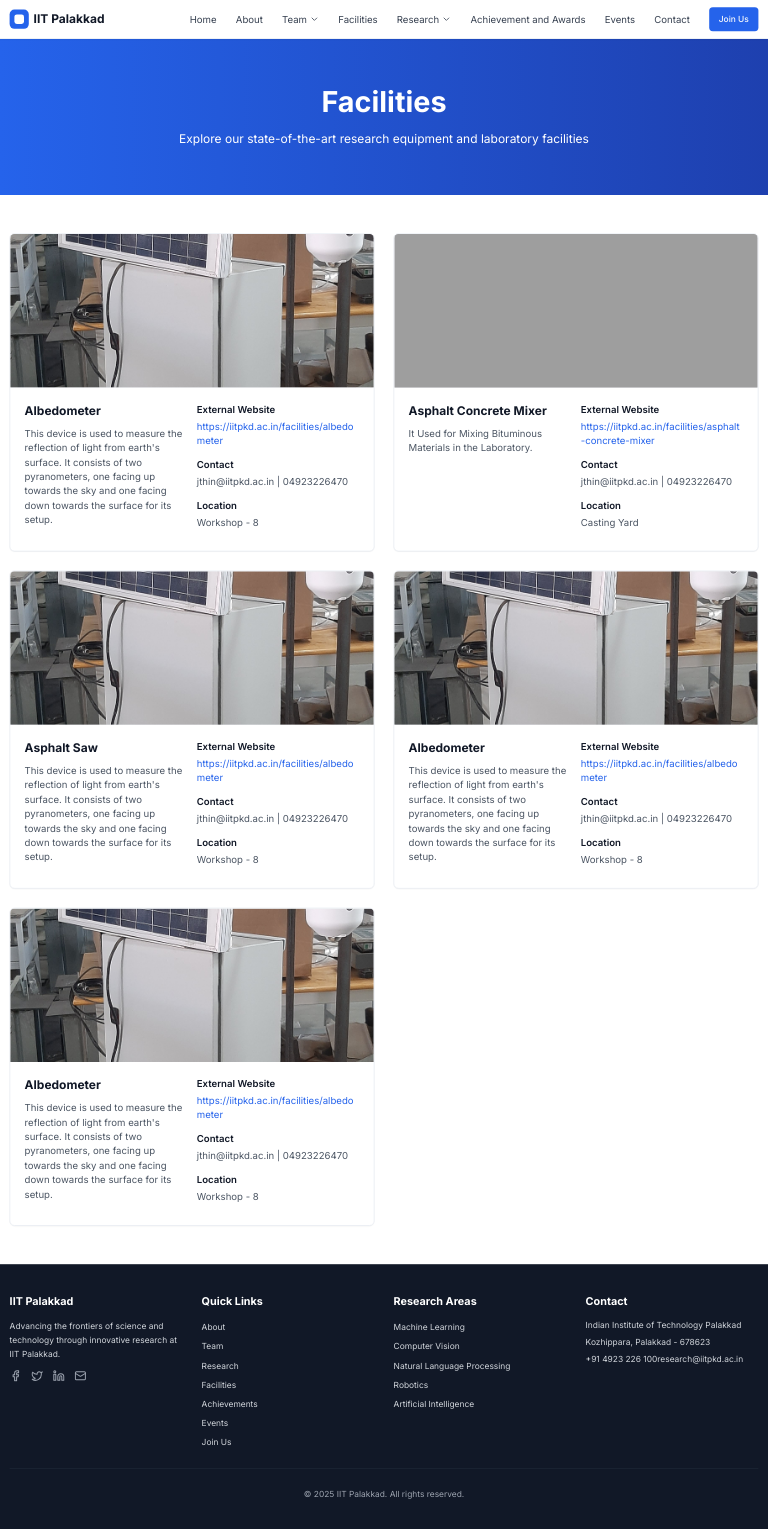
Repository: Gopikrish-30/ARISE
Page: /facilities
These files come from the project's save history. The page is drawn as it stood at one moment and after the next save; the edit follows.
The browser window is 1280 px wide. The pictures show the whole page, at 60% of full size.
Pictures or frames that could not be fetched are drawn as grey boxes. The project was rebuilt for these pictures with package versions that can differ from the ones it lists, and the page was loaded fresh each time. The framework's server and built-in components were replaced by stand-ins that run in the browser. Also part of the build but not shown: next.config.mjs.

Above is the page before, as saved 2025-06-27 22:44:51.

### app/layout.tsx
import type React from "react"
import type { Metadata } from "next"
import { Inter } from "next/font/google"
import "./globals.css"
import { Navbar } from "@/components/navbar"
import { Footer } from "@/components/footer"

const inter = Inter({ subsets: ["latin"] })

export const metadata: Metadata = {
  title: "IIT Palakkad - Department Showcase",
  description: "Advancing the frontiers of science and technology through innovative research at IIT Palakkad",
}

export default function RootLayout({
  children,
}: {
  children: React.ReactNode
}) {
  return (
    <html lang="en">
      <body className={inter.className}>
        <Navbar />
        <main className="min-h-screen">{children}</main>
        <Footer />
      </body>
    </html>
  )
}

### app/facilities/page.tsx
"use client"

import { Button } from "@/components/ui/button"
import { Card, CardContent } from "@/components/ui/card"
import { Badge } from "@/components/ui/badge"
import { Eye } from "lucide-react"
import { useState } from "react"

export default function FacilitiesPage() {
  const facilities = [
    {
      title: "Albedometer",
      description: "This device is used to measure the reflection of light from earth's surface. It consists of two pyranometers, one facing up towards the sky and one facing down towards the surface for its setup.",
      image: "/facilities/Albedometer_0.jpg?height=250&width=400&text=HPC+Cluster",
      externalLink: "https://iitpkd.ac.in/facilities/albedometer",
      contact: "jthin@iitpkd.ac.in | 04923226470",
      location: "Workshop - 8",
    },

    {
      title: "Asphalt Concrete Mixer",
      description: "It Used for Mixing Bituminous Materials in the Laboratory.",
      image: "/facilities/Asphalt-concrete-mixer.jpg.jpg?height=250&width=400&text=HPC+Cluster",
      externalLink: "https://iitpkd.ac.in/facilities/asphalt-concrete-mixer",
      contact: "jthin@iitpkd.ac.in | 04923226470",
      location: "Casting Yard",
    },

    {
      title: "Asphalt Saw",
      description: "This device is used to measure the reflection of light from earth's surface. It consists of two pyranometers, one facing up towards the sky and one facing down towards the surface for its setup.",
      image: "/facilities/Albedometer_0.jpg?height=250&width=400&text=HPC+Cluster",
      externalLink: "https://iitpkd.ac.in/facilities/albedometer",
      contact: "jthin@iitpkd.ac.in | 04923226470",
      location: "Workshop - 8",
    },

    {
      title: "Albedometer",
      description: "This device is used to measure the reflection of light from earth's surface. It consists of two pyranometers, one facing up towards the sky and one facing down towards the surface for its setup.",
      image: "/facilities/Albedometer_0.jpg?height=250&width=400&text=HPC+Cluster",
      externalLink: "https://iitpkd.ac.in/facilities/albedometer",
      contact: "jthin@iitpkd.ac.in | 04923226470",
      location: "Workshop - 8",
    },

    {
      title: "Albedometer",
      description: "This device is used to measure the reflection of light from earth's surface. It consists of two pyranometers, one facing up towards the sky and one facing down towards the surface for its setup.",
      image: "/facilities/Albedometer_0.jpg?height=250&width=400&text=HPC+Cluster",
      externalLink: "https://iitpkd.ac.in/facilities/albedometer",
      contact: "jthin@iitpkd.ac.in | 04923226470",
      location: "Workshop - 8",
    },

  ]

  // Removed categories and filtering as per user request


  const handleViewDetails = (facility: any) => {
    // Navigate to detailed facility page or open modal
    window.location.href = `/facilities/${facility.title.toLowerCase().replace(/\s+/g, "-")}`
  }

  const handleBookFacility = (facility: any) => {
    // Open booking form or navigate to booking page
    const subject = encodeURIComponent(`Facility Booking Request - ${facility.title}`)
    const body = encodeURIComponent(
      `I would like to book the ${facility.title} facility.\n\nDetails:\n- Purpose: \n- Date: \n- Duration: \n\nBest regards,`,
    )
    window.location.href = `mailto:facilities@iitpkd.ac.in?subject=${subject}&body=${body}`
  }

  const filteredFacilities = facilities

  return (
    <div className="bg-white min-h-screen">
      {/* Hero Section */}
      <section className="bg-gradient-to-r from-blue-600 to-blue-800 text-white py-20">
        <div className="container mx-auto px-4 text-center">
          <h1 className="text-4xl md:text-5xl font-bold mb-6">Facilities</h1>
          <p className="text-xl max-w-3xl mx-auto">
            Explore our state-of-the-art research equipment and laboratory facilities
          </p>
        </div>
      </section>

      {/* Facilities Content */}
      <section className="py-16">
        <div className="container mx-auto px-4">


          {/* Facilities Grid */}
          <div className="grid md:grid-cols-2 gap-8">
            {filteredFacilities.map((facility, index) => (
              <Card key={index} className="overflow-hidden group hover:shadow-lg transition-shadow">
                <div className="h-64 bg-gray-200 relative overflow-hidden">
                  <a href={facility.image || "/placeholder.svg"} target="_blank" rel="noopener noreferrer">
                    <img
                      src={facility.image || "/placeholder.svg"}
                      alt={facility.title}
                      className="w-full h-full object-cover group-hover:scale-110 transition-transform duration-300"
                    />
                  </a>
                </div>

                  <CardContent className="p-6 grid grid-cols-1 md:grid-cols-2 gap-4">
                    <div>
                      <h3 className="text-xl font-bold text-gray-900 mb-3">{facility.title}</h3>
                      <p className="text-gray-600 mb-4">{facility.description}</p>



                    </div>

                    <div className="space-y-4">
                      <div>
                        <h4 className="font-semibold text-gray-900 mb-1">External Website</h4>
                        <a
                          href={facility.externalLink}
                          target="_blank"
                          rel="noopener noreferrer"
                          className="text-blue-600 hover:underline break-all"
                        >
                          {facility.externalLink}
                        </a>
                      </div>

                      <div>
                        <h4 className="font-semibold text-gray-900 mb-1">Contact</h4>
                        <p className="text-gray-600 break-all">{facility.contact}</p>
                      </div>

                      <div>
                        <h4 className="font-semibold text-gray-900 mb-1">Location</h4>
                        <p className="text-gray-600">{facility.location}</p>
                      </div>
                  </div>
                </CardContent>
              </Card>
            ))}
          </div>
        </div>
      </section>
    </div>
  )
}

### app/globals.css
@tailwind base;
@tailwind components;
@tailwind utilities;

@layer base {
  :root {
    --background: 0 0% 100%;
    --foreground: 222.2 84% 4.9%;
    --card: 0 0% 100%;
    --card-foreground: 222.2 84% 4.9%;
    --popover: 0 0% 100%;
    --popover-foreground: 222.2 84% 4.9%;
    --primary: 221.2 83.2% 53.3%;
    --primary-foreground: 210 40% 98%;
    --secondary: 210 40% 96%;
    --secondary-foreground: 222.2 84% 4.9%;
    --muted: 210 40% 96%;
    --muted-foreground: 215.4 16.3% 46.9%;
    --accent: 210 40% 96%;
    --accent-foreground: 222.2 84% 4.9%;
    --destructive: 0 84.2% 60.2%;
    --destructive-foreground: 210 40% 98%;
    --border: 214.3 31.8% 91.4%;
    --input: 214.3 31.8% 91.4%;
    --ring: 221.2 83.2% 53.3%;
    --radius: 0.5rem;
  }

  .dark {
    --background: 222.2 84% 4.9%;
    --foreground: 210 40% 98%;
    --card: 222.2 84% 4.9%;
    --card-foreground: 210 40% 98%;
    --popover: 222.2 84% 4.9%;
    --popover-foreground: 210 40% 98%;
    --primary: 217.2 91.2% 59.8%;
    --primary-foreground: 222.2 84% 4.9%;
    --secondary: 217.2 32.6% 17.5%;
    --secondary-foreground: 210 40% 98%;
    --muted: 217.2 32.6% 17.5%;
    --muted-foreground: 215 20.2% 65.1%;
    --accent: 217.2 32.6% 17.5%;
    --accent-foreground: 210 40% 98%;
    --destructive: 0 62.8% 30.6%;
    --destructive-foreground: 210 40% 98%;
    --border: 217.2 32.6% 17.5%;
    --input: 217.2 32.6% 17.5%;
    --ring: 224.3 76.3% 94.1%;
  }
}

@layer base {
  * {
    @apply border-border;
  }
  body {
    @apply bg-background text-foreground;
  }
}

@layer utilities {
  .line-clamp-3 {
    display: -webkit-box;
    -webkit-line-clamp: 3;
    -webkit-box-orient: vertical;
    overflow: hidden;
  }
}

### components/footer.tsx
"use client"

import Link from "next/link"
import { Facebook, Twitter, Linkedin, Mail } from "lucide-react"

export function Footer() {
  const handleSocialClick = (platform: string) => {
    const socialLinks = {
      facebook: "https://facebook.com/iitpalakkad",
      twitter: "https://twitter.com/iitpalakkad",
      linkedin: "https://linkedin.com/school/iit-palakkad",
      email: "mailto:info@iitpkd.ac.in",
    }

    if (platform === "email") {
      window.location.href = socialLinks.email
    } else {
      window.open(socialLinks[platform], "_blank", "noopener,noreferrer")
    }
  }

  return (
    <footer className="bg-gray-900 text-white">
      <div className="container mx-auto px-4 py-12">
        <div className="grid md:grid-cols-4 gap-8">
          {/* About */}
          <div>
            <h3 className="text-lg font-bold mb-4">IIT Palakkad</h3>
            <p className="text-gray-300 text-sm leading-relaxed mb-4">
              Advancing the frontiers of science and technology through innovative research at IIT Palakkad.
            </p>
            <div className="flex space-x-4">
              <Facebook
                className="w-5 h-5 text-gray-400 hover:text-white cursor-pointer transition-colors"
                onClick={() => handleSocialClick("facebook")}
              />
              <Twitter
                className="w-5 h-5 text-gray-400 hover:text-white cursor-pointer transition-colors"
                onClick={() => handleSocialClick("twitter")}
              />
              <Linkedin
                className="w-5 h-5 text-gray-400 hover:text-white cursor-pointer transition-colors"
                onClick={() => handleSocialClick("linkedin")}
              />
              <Mail
                className="w-5 h-5 text-gray-400 hover:text-white cursor-pointer transition-colors"
                onClick={() => handleSocialClick("email")}
              />
            </div>
          </div>

          {/* Quick Links */}
          <div>
            <h3 className="text-lg font-bold mb-4">Quick Links</h3>
            <ul className="space-y-2">
              <li>
                <Link href="/about" className="text-gray-300 hover:text-white text-sm">
                  About
                </Link>
              </li>
              <li>
                <Link href="/team" className="text-gray-300 hover:text-white text-sm">
                  Team
                </Link>
              </li>
              <li>
                <Link href="/research" className="text-gray-300 hover:text-white text-sm">
                  Research
                </Link>
              </li>
              <li>
                <Link href="/facilities" className="text-gray-300 hover:text-white text-sm">
                  Facilities
                </Link>
              </li>
              <li>
                <Link href="/achievements" className="text-gray-300 hover:text-white text-sm">
                  Achievements
                </Link>
              </li>
              <li>
                <Link href="/events" className="text-gray-300 hover:text-white text-sm">
                  Events
                </Link>
              </li>
              <li>
                <Link href="/join-us" className="text-gray-300 hover:text-white text-sm">
                  Join Us
                </Link>
              </li>
            </ul>
          </div>

          {/* Research Areas */}
          <div>
            <h3 className="text-lg font-bold mb-4">Research Areas</h3>
            <ul className="space-y-2">
              <li>
                <span className="text-gray-300 text-sm">Machine Learning</span>
              </li>
              <li>
                <span className="text-gray-300 text-sm">Computer Vision</span>
              </li>
              <li>
                <span className="text-gray-300 text-sm">Natural Language Processing</span>
              </li>
              <li>
                <span className="text-gray-300 text-sm">Robotics</span>
              </li>
              <li>
                <span className="text-gray-300 text-sm">Artificial Intelligence</span>
              </li>
            </ul>
          </div>

          {/* Contact */}
          <div>
            <h3 className="text-lg font-bold mb-4">Contact</h3>
            <div className="space-y-2 text-sm text-gray-300">
              <p>Indian Institute of Technology Palakkad</p>
              <p>Kozhippara, Palakkad - 678623</p>
              <button
                onClick={() => (window.location.href = "tel:+914923226100")}
                className="hover:text-white transition-colors cursor-pointer"
              >
                +91 4923 226 100
              </button>
              <button
                onClick={() => (window.location.href = "mailto:research@iitpkd.ac.in")}
                className="hover:text-white transition-colors cursor-pointer"
              >
                research@iitpkd.ac.in
              </button>
            </div>
          </div>
        </div>

        <div className="border-t border-gray-800 mt-8 pt-8 text-center">
          <p className="text-gray-400 text-sm">© {new Date().getFullYear()} IIT Palakkad. All rights reserved.</p>
        </div>
      </div>
    </footer>
  )
}

### components/ui/card.tsx
import * as React from "react"

import { cn } from "@/lib/utils"

const Card = React.forwardRef<
  HTMLDivElement,
  React.HTMLAttributes<HTMLDivElement>
>(({ className, ...props }, ref) => (
  <div
    ref={ref}
    className={cn(
      "rounded-lg border bg-card text-card-foreground shadow-sm",
      className
    )}
    {...props}
  />
))
Card.displayName = "Card"

const CardHeader = React.forwardRef<
  HTMLDivElement,
  React.HTMLAttributes<HTMLDivElement>
>(({ className, ...props }, ref) => (
  <div
    ref={ref}
    className={cn("flex flex-col space-y-1.5 p-6", className)}
    {...props}
  />
))
CardHeader.displayName = "CardHeader"

const CardTitle = React.forwardRef<
  HTMLDivElement,
  React.HTMLAttributes<HTMLDivElement>
>(({ className, ...props }, ref) => (
  <div
    ref={ref}
    className={cn(
      "text-2xl font-semibold leading-none tracking-tight",
      className
    )}
    {...props}
  />
))
CardTitle.displayName = "CardTitle"

const CardDescription = React.forwardRef<
  HTMLDivElement,
  React.HTMLAttributes<HTMLDivElement>
>(({ className, ...props }, ref) => (
  <div
    ref={ref}
    className={cn("text-sm text-muted-foreground", className)}
    {...props}
  />
))
CardDescription.displayName = "CardDescription"

const CardContent = React.forwardRef<
  HTMLDivElement,
  React.HTMLAttributes<HTMLDivElement>
>(({ className, ...props }, ref) => (
  <div ref={ref} className={cn("p-6 pt-0", className)} {...props} />
))
CardContent.displayName = "CardContent"

const CardFooter = React.forwardRef<
  HTMLDivElement,
  React.HTMLAttributes<HTMLDivElement>
>(({ className, ...props }, ref) => (
  <div
    ref={ref}
    className={cn("flex items-center p-6 pt-0", className)}
    {...props}
  />
))
CardFooter.displayName = "CardFooter"

export { Card, CardHeader, CardFooter, CardTitle, CardDescription, CardContent }

### components/ui/button.tsx
import * as React from "react"
import { Slot } from "@radix-ui/react-slot"
import { cva, type VariantProps } from "class-variance-authority"

import { cn } from "@/lib/utils"

const buttonVariants = cva(
  "inline-flex items-center justify-center gap-2 whitespace-nowrap rounded-md text-sm font-medium ring-offset-background transition-colors focus-visible:outline-none focus-visible:ring-2 focus-visible:ring-ring focus-visible:ring-offset-2 disabled:pointer-events-none disabled:opacity-50 [&_svg]:pointer-events-none [&_svg]:size-4 [&_svg]:shrink-0",
  {
    variants: {
      variant: {
        default: "bg-primary text-primary-foreground hover:bg-primary/90",
        destructive:
          "bg-destructive text-destructive-foreground hover:bg-destructive/90",
        outline:
          "border border-input bg-background hover:bg-accent hover:text-accent-foreground",
        secondary:
          "bg-secondary text-secondary-foreground hover:bg-secondary/80",
        ghost: "hover:bg-accent hover:text-accent-foreground",
        link: "text-primary underline-offset-4 hover:underline",
      },
      size: {
        default: "h-10 px-4 py-2",
        sm: "h-9 rounded-md px-3",
        lg: "h-11 rounded-md px-8",
        icon: "h-10 w-10",
      },
    },
    defaultVariants: {
      variant: "default",
      size: "default",
    },
  }
)

export interface ButtonProps
  extends React.ButtonHTMLAttributes<HTMLButtonElement>,
    VariantProps<typeof buttonVariants> {
  asChild?: boolean
}

const Button = React.forwardRef<HTMLButtonElement, ButtonProps>(
  ({ className, variant, size, asChild = false, ...props }, ref) => {
    const Comp = asChild ? Slot : "button"
    return (
      <Comp
        className={cn(buttonVariants({ variant, size, className }))}
        ref={ref}
        {...props}
      />
    )
  }
)
Button.displayName = "Button"

export { Button, buttonVariants }

Loaded but not shown: lib/utils.ts (common file); tailwind.config.ts (common file); components/ui/dropdown-menu.tsx (200 lines, source omitted); components/navbar.tsx (136 lines, source omitted)

After the next save:
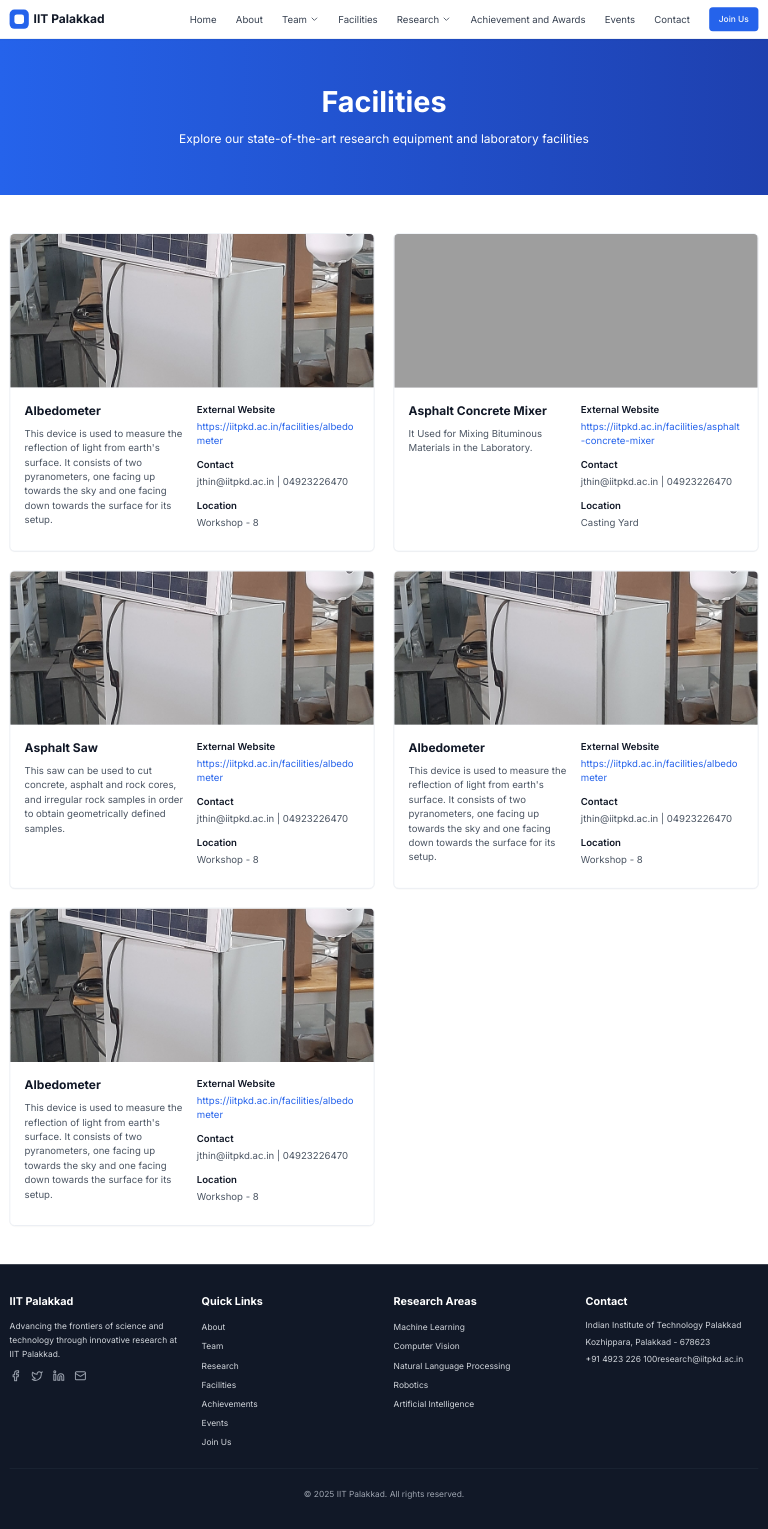
Saved 19 s later.
--- a/app/facilities/page.tsx
+++ b/app/facilities/page.tsx
@@ -28,7 +28,7 @@
 
     {
       title: "Asphalt Saw",
-      description: "This device is used to measure the reflection of light from earth's surface. It consists of two pyranometers, one facing up towards the sky and one facing down towards the surface for its setup.",
+      description: "This saw can be used to cut concrete, asphalt and rock cores, and irregular rock samples in order to obtain geometrically defined samples.",
       image: "/facilities/Albedometer_0.jpg?height=250&width=400&text=HPC+Cluster",
       externalLink: "https://iitpkd.ac.in/facilities/albedometer",
       contact: "jthin@iitpkd.ac.in | 04923226470",
